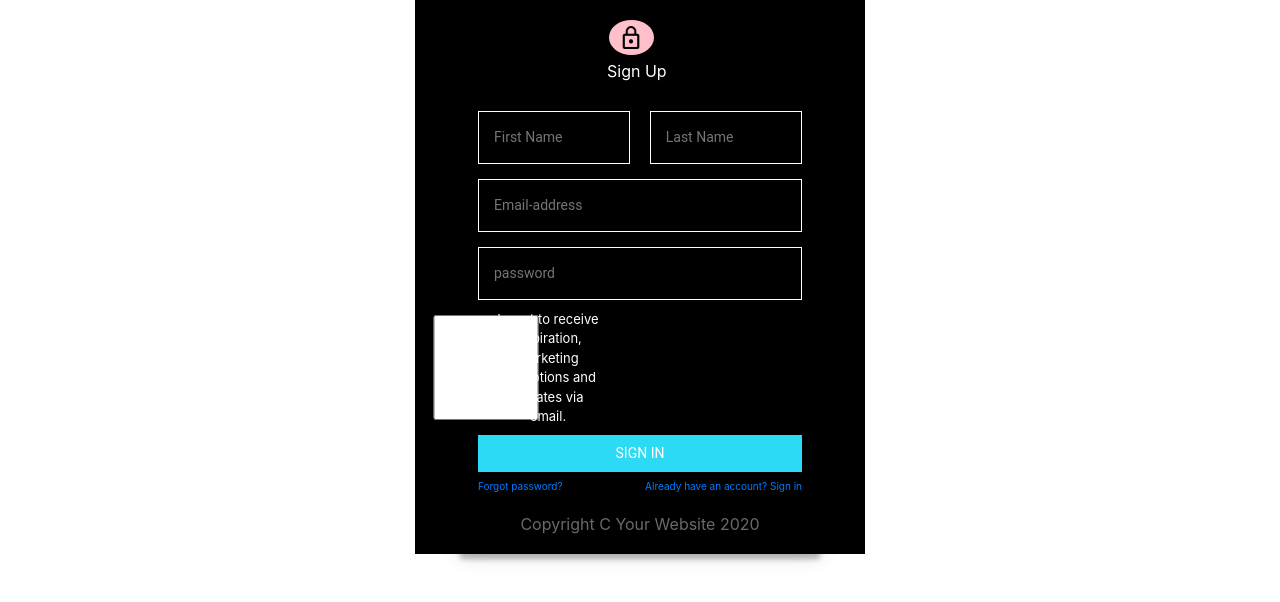
Repository: andbilous/cursor-styled-components
Page: /sign-up
These files come from the project's save history. The page is drawn as it stood at one moment and after the next save; the edit follows.
The browser window is 1280 px wide. The pictures show the whole page.
The project was rebuilt for these pictures with package versions that can differ from the ones it lists, and the page was loaded fresh each time. Also part of the build but not shown: src/App.css, src/components/SignInForm.jsx.

Above is the page before, as saved 2020-04-19 16:48:17.

### src/App.js
import React from 'react';
import {
  BrowserRouter as Router,
  Switch,
  Route,
  Link
} from "react-router-dom";
import './App.css';
import SignInForm from './components/SignInForm';
import SignUpForm from './components/SignUpForm';

function App() {
  return (
   <Router>
      <Switch>
          <Route exact path="/sign-in">
            <SignInForm />
          </Route>
          <Route path="/sign-up">
            <SignUpForm />
          </Route>
        </Switch>
   </Router>
  );
}

export default App;

### src/components/SignUpForm.jsx
import React from 'react';
import styled from "styled-components";

const SignUpFormStyles = styled.div`
*{
  box-sizing: border-box;
}
.login-page {
  width: 450px;
  margin: auto;
  background: #000;
}
.form {
  position: relative;
  z-index: 1;
  max-width: 360px;
  margin: 0 auto;
  margin-top:10px;
  padding: 18px;
  text-align: center;
  box-shadow: 0 0 20px 0 rgba(0, 0, 0, 0.2), 0 5px 5px 0 rgba(0, 0, 0, 0.24);
}
.form input {
  font-family: "Roboto", sans-serif;
  outline: 0;
  border: 1px solid #fff;
  background:transparent;
  width: 100%;
  margin: 0 0 15px;
  padding: 15px;
  font-size: 14px;
}
.form input[type="checkbox"]{
  transform: translateX(-100px);
}
.form button {
  font-family: "Roboto", sans-serif;
  text-transform: uppercase;
  outline: 0;
  background: #2cdaf5;
  width: 100%;
  border: 0;
  padding: 8px;
  color: #FFFFFF;
  font-size: 14px;
  -webkit-transition: all 0.3 ease;
  transition: all 0.3 ease;
  cursor: pointer;
}
.form button:hover,.form button:active,.form button:focus {
  background: #43A047;
}
.form .message {
  margin: 15px 0 0;
  color: #b3b3b3;
  font-size: 12px;
}
.form .message a {
  color: #4CAF50;
  text-decoration: none;
}
.container {
  position: relative;
  z-index: 1;
  max-width: 300px;
  margin: 0 auto;
}
.container:before, .container:after {
  content: "";
  display: block;
  clear: both;
}
.container .info {
  margin: 50px auto;
  text-align: center;
}
.container .info h1 {
  margin: 0 0 15px;
  padding: 0;
  font-size: 36px;
  font-weight: 300;
  color: #1a1a1a;
}
.container .info span {
  color: #4d4d4d;
  font-size: 12px;
}
.container .info span a {
  color: #000000;
  text-decoration: none;
}
.container .info span .fa {
  color: #EF3B3A;
}
body {
  background: #76b852; /* fallback for old browsers */
  background: -webkit-linear-gradient(right, #76b852, #8DC26F);
  background: -moz-linear-gradient(right, #76b852, #8DC26F);
  background: -o-linear-gradient(right, #76b852, #8DC26F);
  background: linear-gradient(to left, #76b852, #8DC26F);
  font-family: "Roboto", sans-serif;
  -webkit-font-smoothing: antialiased;
  -moz-osx-font-smoothing: grayscale;
}
.links{
  display:flex
}
.remember{
color:#fff;
}
.additional{
 color: #2cdaf5;
 display: flex;
 justify-content: space-between;
}
.additional a{
  font-size:10px
 }
.img-container{
  background: pink;
  border-radius: 50%;
  width:10%;
  transform: translateY(20px);
  margin-left: 43%;
}
img{
  margin: 6px 11px;
  width: 50%;
}
.image-label{
  display:block;
  color:#fff;
  margin-left: 12rem;
  margin-top: 1.5rem;
}
.label-remember{
  display: inline-block;
  margin-bottom: .5rem;
  transform: translateX(-200px);
  font-size: 13px;
  width: 50%;
  margin-top: -5px;
}
footer{
  color: dimgrey;
}
.name{
  display:flex;
  justify-content: space-between;
}
.name input{
  width:47%
}
`


const SignUpForm =() =>{
  return (
    <SignUpFormStyles>
<div class="login-page">
  <div class='img-container'>
    <img src={require('../assets/padlock.png')}/>
    </div>
    <span class='image-label'>Sign Up</span>
  <div class="form">
    <form class="login-form">
      <div class='name'>
        <input type="text" placeholder="First Name"/>
    <input type="text" placeholder="Last Name"/></div>

    <input type="text" placeholder="Email-address"/>
      <input type="password" placeholder="password"/>
      <div class='links remember'>
        <input type="checkbox"/><label class='label-remember'>
          I want to receive inspiration, marketing promotions and updates via email.
          </label></div>
     <button>Sign In</button>
     <div class='links additional'>
     <p><a href="#">Forgot password?</a></p>
       <p><a href="#">Already have an account? Sign in</a></p>
       </div>
       <footer>
       <span>Copyright C Your Website 2020</span>
       </footer>
    </form>
  </div>
</div>
    </SignUpFormStyles>

  )
}


export default  SignUpForm;

Loaded but not shown: public/index.html (common file); src/index.js (common file); src/index.css (common file); src/serviceWorker.js (common file)

After the next save:
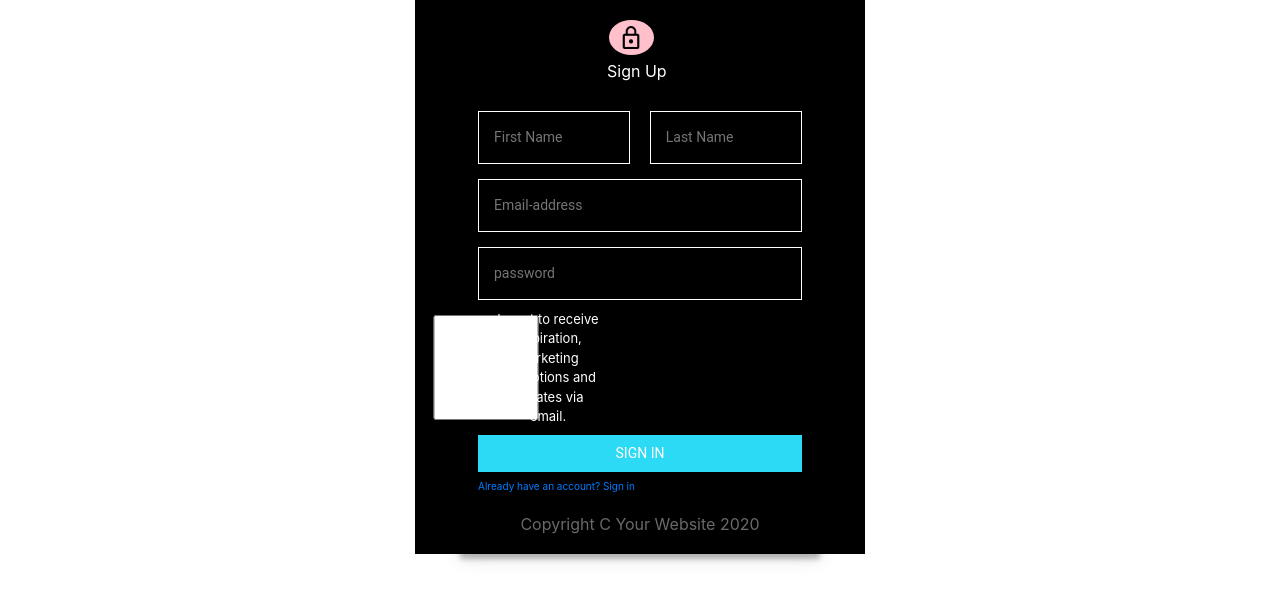
Saved 16 s later.
--- a/src/components/SignUpForm.jsx
+++ b/src/components/SignUpForm.jsx
@@ -176,7 +176,6 @@ const SignUpForm =() =>{
           </label></div>
      <button>Sign In</button>
      <div class='links additional'>
-     <p><a href="#">Forgot password?</a></p>
        <p><a href="#">Already have an account? Sign in</a></p>
        </div>
        <footer>
